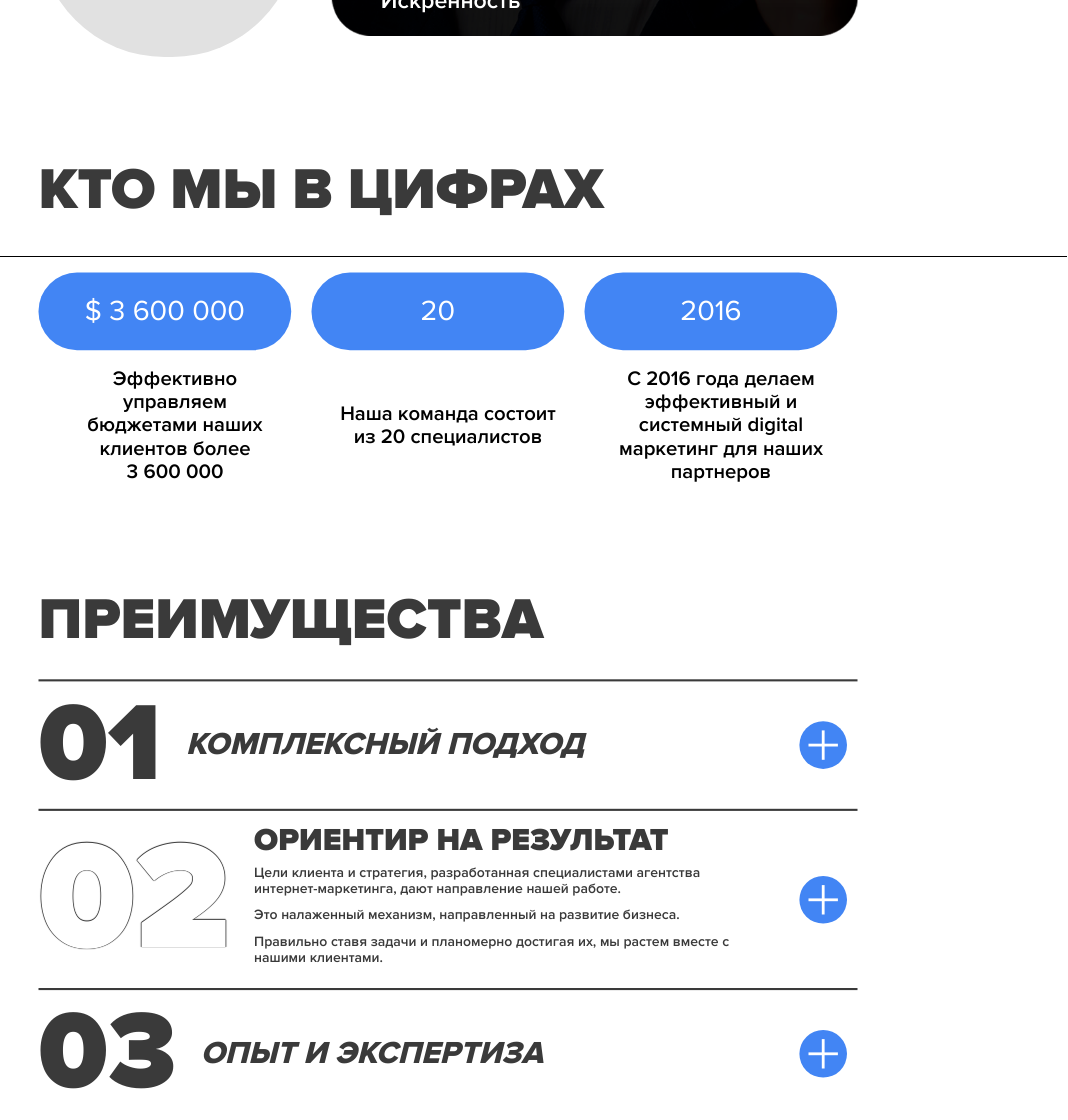
Repository: fanbear/Mnews
Page: index.html
An editor plug-in stored every save of this project. The page is shown before and after the next save, followed by the edit.
The browser window is 1280 px wide. The page is 1525 px wide, so the pictures cover 1525 px, including what lies to the right of the window. The pictures show the part of the page from y = 2539 to 4139 px (the page is 4139 px tall), at 70% of full size.
Some web libraries are served in a nearby version.

Above is the page before, as saved 2022-07-26 21:24:34.

### index.html
<!DOCTYPE html>
<html lang="ua">

<head>
    <meta charset="UTF-8">
    <meta http-equiv="X-UA-Compatible" content="IE=edge">
    <meta name="viewport" content="width=device-width, initial-scale=1.0">
    <title>Document</title>
    <link rel="stylesheet" href="./css/normalize.css">
    <link rel="stylesheet" href="./css/bootstrap-grid.min.css">
    <link rel="stylesheet" href="css/critical.css">

    <link rel="stylesheet" href="https://cdnjs.cloudflare.com/ajax/libs/font-awesome/6.1.2/css/all.min.css">
    <link rel="stylesheet" href="css/main.css">

</head>

<body>
    <header class="header">
        <div class="container">
            <div class="row">
                <div class="col-xl-2">
                    <a href="/" class="header-logo">
                        <img src="./image/logotype.png" alt="Mnews" width="145" height="60">
                    </a>
                </div>
                <div class="col-xl-4"></div>
                <div class="col-xl-4"><a class="header-mail" href="mailTo:m@mnews.agency ">m@mnews.agency</a></div>
                <div class="col-xl-1 header-active">
                    <div class="header-search">
                        <img src="./image/search.png" alt="search-mnews" width="30" height="30">
                    </div>
                    <div class="header-callback">
                        <a href="tel:09966668741"><img src="./image/callback.png" width="27" height="27"
                                alt="mnews-callback"></a>
                    </div>
                </div>
                <div class="col-xl-1 header-menu">
                    <div class="header-language">
                        <a class="header-language__active" href="/">Ua</a>
                        <a href="/en">En</a>
                    </div>
                    <div class="header-menu">
                        <div class="header-menu__button">
                            <span class="circle"></span>
                            <span class="circle"></span>
                            <span class="circle"></span>
                        </div>
                        <div class="header-menu__list">
                            <ul>
                                <li><a href="/">О нас</a></li>
                                <li><a href="/">Отзывы</a></li>
                                <li><a href="/">Услуги</a></li>
                                <li><a href="/">Портфолио</a></li>
                                <li><a href="/">Клиенты</a></li>
                                <li><a href="/">Статьи</a></li>
                                <li><a href="/">Курс по Merchant Center</a></li>
                                <li><a href="/">Курсы по digital маркетингу</a></li>
                            </ul>
                        </div>
                    </div>
                </div>
            </div>
        </div>
    </header>
    <main class="main">

        <div class="container-fluid main-agency">

            <div class="main-agency__bg">
                <div class="main-agency__text">
                    <div class="container">
                        <div class="row" style="position: relative;">
                            <div class="main-agency__name">MNEWS.AGENCY</div>
                            <h1>АГЕНТСТВО <br> ИНТЕРНЕТ МАРКЕТИНГА</h1>
                            <div class="main-agency__brif">
                                <span>Обсудим Ваш проект прямо сейчас?</span>
                                <a href="/"><span>Перейти к брифу</span></a>
                            </div>
                            <div class="main-agency__network">
                                <a href="/"><i class="fa-brands fa-facebook-f"></i></a>
                                <a href="/"><i class="fa-brands fa-instagram"></i></a>
                                <a href="/"><i class="fa-brands fa-youtube"></i></a>
                                <a href="/"><i class="fa-brands fa-telegram"></i></a>
                                <a href="/"><i class="fa-brands fa-behance"></i></a>
                                <a href="/"><i class="fa-brands fa-ups"></i></a>
                            </div>
                        </div>
                    </div>
                </div>
                <img src="./image/main-page-header-bg.png" alt="mnews-agency" width="100%" height="auto">
            </div>
        </div>

        <div class="container who">
            <div class="row">
                <div class="who-text">
                    Агентство интернет маркетинга в Киеве и Харькове.
                    Как найти агентство интернет-маркетинга, чья работа будет эффективной для вашего бизнеса?
                    Почему Mnews пользуется популярностью?
                </div>
                <div class="who-title">
                    <h2>КТО МЫ?</h2>
                </div>
                <div class="who-elements">
                    <aside class="who-elements__bar">
                        <div class="who-elements__bar-items">
                            <img src="./image/who-bar-1.png" alt="Мы маркетинг-партнеры Facebook" width="228"
                                height="228">
                            <p>Мы <br> маркетинг-партнеры <br> Facebook</p>
                        </div>
                        <div class="who-elements__bar-items">
                            <img src="./image/who-bar-2.png" alt="Входим в топ-агентств digital-маркетинга Украины"
                                width="228" height="228">
                            <p>Входим в топ-агентств <br> digital-маркетинга <br> Украины</p>
                        </div>
                        <div class="who-elements__bar-items">
                            <img src="./image/who-bar-3.png" alt="Мы ведущий партнёр Google" width="228" height="228">
                            <p>Мы ведущий партнёр <br> Google</p>
                        </div>
                    </aside>
                    <div class="who-elements__items">
                        <div class="who-elements__item">
                            <img src="./image/who-elements-item-1.png" alt="НАША МИССИЯ" width="751" height="579">
                            <p>НАША МИССИЯ</p>
                            <span>Способствовать развитию бизнеса</span>
                        </div>
                        <div class="who-elements__item item-white">
                            <img src="./image/who-elements-item-2.png" alt="НАШИ ЦЕННОСТИ" width="751" height="579">
                            <p>НАШИ ЦЕННОСТИ</p>
                            <span>Искренность</span>
                        </div>

                    </div>
                </div>
                <div class="who-digit">
                    <div class="who-digit__title">КТО МЫ В ЦИФРАХ</div>
                    <div class="who-digit__wrapper">
                        <div class="who-digit-item">
                            <lable><span>$ 3 600 000</span></lable>
                            <p>Эффективно управляем бюджетами наших клиентов более <br> 3 600 000</p>
                        </div>
                        <div class="who-digit-item">
                            <lable><span>20</span></lable>
                            <p>Наша команда состоит из 20 специалистов</p>
                        </div>
                        <div class="who-digit-item">
                            <lable><span>2016</span></lable>
                            <p>С 2016 года
                                делаем эффективный
                                и системный
                                digital маркетинг для наших партнеров</p>
                        </div>
                    </div>
                </div>
            </div>
        </div>
        <div class="container benefits">
            <div class="row">
                <div class="benefits-title">ПРЕИМУЩЕСТВА</div>
                <div class="benefits-tab__wrapper">
                    <div class="benefint-tab__item">
                        <div class="benefint-tab__item-head">
                            <div class="col-lg-12">
                                <p>01</p>
                            </div>
                        </div>
                        <div class="benefint-tab__item-body">
                            <div class="item-body__title">КОМПЛЕКСНЫЙ ПОДХОД</div>
                        </div>
                        <div class=" benefint-tab__item-button">
                            <span class="benefint-tab__item-horizontal"></span>
                            <span class="benefint-tab__item-vertical"></span>
                        </div>
                    </div>
                    <div class="benefint-tab__item benefint-tab__item-active">
                        <div class="benefint-tab__item-head">
                            <p>02</p>
                        </div>
                        <div class="benefint-tab__item-body">
                            <div class="item-body__title">ОРИЕНТИР НА РЕЗУЛЬТАТ</div>
                            <div class="item-body__text">
                                <p>Цели клиента и стратегия, разработанная специалистами агентства интернет-маркетинга,
                                    дают направление нашей работе.</p>
                                <p>Это налаженный механизм, направленный на развитие бизнеса.</p>
                                <p>Правильно ставя задачи и планомерно достигая их, мы растем вместе с нашими
                                    клиентами.</p>
                            </div>
                        </div>
                        <div class="benefint-tab__item-button">
                            <span class="benefint-tab__item-horizontal"></span>
                            <span class="benefint-tab__item-vertical"></span>
                        </div>
                    </div>
                    <div class="benefint-tab__item">
                        <div class="benefint-tab__item-head">
                            <div class="col-lg-12">
                                <p>03</p>
                            </div>
                        </div>
                        <div class="benefint-tab__item-body">
                            <div class="item-body__title">ОПЫТ И ЭКСПЕРТИЗА</div>
                        </div>
                        <div class="benefint-tab__item-button">
                            <span class="benefint-tab__item-horizontal"></span>
                            <span class="benefint-tab__item-vertical"></span>
                        </div>
                    </div>
                </div>
            </div>
        </div>


    </main>
    <footer class="footer">

        <script src="/js/bootstrap.min.js"></script>
        <script src="js/menu.js"></script>
        <script src="js/main.js"></script>
        <script src="https://kit.fontawesome.com/97e5db9e95.js" crossorigin="anonymous"></script>

    </footer>
</body>

</html>

### css/critical.css
@import 'settings.css';


.container {
    max-width: 1170px;
}

.container-fluid {
    padding: 0;
}

a {
    text-decoration: none;
    padding: 0;
    margin: 0;
}

p {
    padding: 0;
    margin: 0;
}

ul {
    padding: 0;
    margin: 0;
}

body {
    font-family: "ProximaNova";
}

/* Header style **********************
***************************************/
header {
    height: 90px;
    display: flex;
    justify-content: center;
    align-items: center;
}

.header-mail {
    display: flex;
    align-items: center;
    justify-content: center;
    height: 100%;
    color: var(--main-text-color);
    font-size: var(--standart-text-size);
    font-weight: bold;

}

.header-active {
    display: flex;
    align-items: center;
    justify-content: space-between;
}

.header-menu {
    display: flex;
    justify-content: space-between;
}

.header-language {
    display: flex;
    height: 100%;
    flex-direction: column;
    justify-content: center;
    margin-left: -10px;
}

.header-language a {
    font-size: 16px;
    color: var(--main-text-color);
    display: flex;
    justify-content: flex-end;
    font-weight: 200;
}

.header-language .header-language__active {
    font-size: 20px;
    color: #4285f4;
    display: flex;
    justify-content: flex-end;
    font-weight: bold;
}

.header-menu {
    position: relative;
}

.header-menu__button {
    display: flex;
    align-items: center;
    flex-direction: row;
    cursor: pointer;
    animation: menu-close 0.8s
}

.header-menu__button span {
    width: 10px;
    height: 10px;
    background: black;
    border-radius: 6px;
    margin: 0 1px;
}

.header-menu__button-active {
    justify-content: center;
    animation: menu-open 0.8s;
    flex-direction: column;
}

.header-menu__button-active span {
    background: #4285f4;
    transition: 0.4s;
    margin: 1px 0;
}




.header-menu__list {
    opacity: 0;
    position: absolute;
    top: -400px;
    right: -300px;
    background: var(--color-darkgrey);
    padding: 12px 15px 19px 29px;
    z-index: 9999;
    width: 190px;
    border-radius: 30px 0 30px 30px;
    animation: list-close 0.6s
}

.header-menu__list ul {
    text-align: right;
    margin: 0;
    padding: 0;
}

.header-menu__list ul li {
    list-style: none;
    padding: 5px 0;
}

.header-menu__list ul li a {
    text-decoration: none;
    white-space: nowrap;
    color: white;
    font-size: 16px;
    line-height: 12.5px;
}

.header-menu__list-active {
    opacity: 1;
    top: 90px;
    right: 0;
    animation: list-open 0.8s
}

@keyframes menu-open {
    0% {

        transform: scale(0);
    }

    100% {

        transform: scale(1);

    }
}

@keyframes menu-close {
    0% {

        transform: scale(0);
    }

    100% {

        transform: scale(1);
    }
}

@keyframes list-open {
    0% {
        top: -400px;
        right: -300px;
        transform: scale(0);
    }

    50% {
        top: -200px;
        right: -150px;
        transform: scale(0.5);
    }

    100% {
        top: 90px;
        right: 0;
        transform: scale(1);
    }
}

@keyframes list-close {
    0% {
        top: 90px;
        right: 0px;
        transform: scale(1);
        opacity: 1;
    }

    50% {
        top: -200px;
        right: -150px;
        transform: scale(0.5);
        opacity: 0.5;
    }

    100% {
        top: -400px;
        right: -300px;
        transform: scale(0);
        opacity: 0;
    }
}

/* Home page ******************************
********************************* */

.main-agency__bg {
    width: 100%;
    display: flex;
    height: auto;
    position: relative;
    margin-top: 5px;
    padding: 0;
}

.main-agency__text {
    position: absolute;
    display: flex;
    width: 100%;
}

.main-agency__name {
    margin-top: 190px;
    font-size: var(--medium-text-size);
    color: var(--main-text-color);
    font-weight: bold;
}

.main-agency__text h1 {
    color: white;
    margin-top: 60px;
    font-size: var(--big-text-size);
    font-weight: bold;
}

.main-agency__brif {
    margin-top: 257px;
    padding: 20px 23px 20px 68px;
    background: var(--color-darkgrey);
    border-radius: 55px;
    display: flex;
    align-items: center;
    justify-content: space-between;
}

.main-agency__brif span {
    color: white;
    font-size: var(--minimal-text-size);
    text-transform: uppercase;
}

.main-agency__brif a {
    padding: 20px 58px;
    border-radius: 34px;
    background: var(--color-blue);
    font-size: var(--medium-text-size);
    display: flex;
    color: white;
    font-weight: bold;
    text-transform: uppercase;
}

.main-agency__network {
    display: flex;
    flex-direction: column;
    align-items: flex-end;
    justify-content: center;
    position: absolute;
    right: 0;
    top: calc(50% - 26px * 6)
}

.main-agency__network a {
    display: flex;
    justify-content: center;
    width: 36px;
    margin: 6px 0;
}

.main-agency__network a i {
    font-size: 30px;
    color: var(--main-text-color);
    transition: 0.4s;
}

.main-agency__network a:nth-child(3) i {
    color: white;
}

.main-agency__network a i:hover {
    font-size: 40px;
    transition: 0.4s;
}


@font-face {
    font-family: "ProximaNova";
    src: url("../fonts/ProximaNova-Regular.ttf") format("truetype");
    font-style: normal;
    font-weight: 400;
}


@font-face {
    font-family: "ProximaNova";
    src: url("../fonts/ProximaNova-Bold.ttf") format("truetype");
    font-style: normal;
    font-weight: 600;
}

@font-face {
    font-family: "ProximaNova";
    src: url("../fonts/ProximaNova-Semibold.ttf") format("truetype");
    font-style: normal;
    font-weight: 500;
}

@font-face {
    font-family: "ProximaNova";
    src: url("../fonts/ProximaNova-Light.ttf") format("truetype");
    font-style: normal;
    font-weight: 200;
}

@font-face {
    font-family: "ProximaNova";
    src: url("../fonts/ProximaNova-Black.ttf") format("truetype");
    font-style: normal;
    font-weight: 800;
}

@font-face {
    font-family: "ProximaNova";
    src: url("../fonts/ProximaNova-Extrabld.ttf") format("truetype");
    font-style: normal;
    font-weight: 700;
}

### css/main.css
/* .main {
    display: flex;
    flex-direction: column;
} */
/* html {
    overflow-x: hidden;
} */


img {
    max-width: 100%;
    display: block;
}

/* Who main page *********************************
************************************************** */
.who {
    display: flex;
    flex-direction: column;
    width: 100%;
}

.who-text {
    margin: 12px 0 108px 0;
    width: 80%;
    font-size: 41px;
    color: var(--main-text-color);
    font-weight: 500;
}

.who-title h2 {
    font-size: var(--big-text-size);
    color: var(--main-text-color);
    font-size: 800;
}

.who-elements {
    display: flex;
    justify-content: space-between;
}

.who-elements__bar {
    max-width: 361px;
    display: flex;
    flex-direction: column;
    justify-content: space-between;
    align-items: center;
    background-color: #e1e1e1;
    padding: 78px 25px;
    border-radius: 180px;

}

.who-elements__bar-items {
    display: flex;
    flex-direction: column;
    justify-content: center;
    align-items: center;
    margin: 9px;
}

.who-elements__bar-items p {
    text-align: center;
    margin-top: 15px;
    font-size: var(--minimal-text-size);
    font-weight: 500;
    color: var(--main-text-color);
}

.who-elements__item {
    position: relative;
    padding: 30px 0;
}

.who-elements__item p {
    font-size: var(--medium-text-size);
    color: var(--main-text-color);
    font-weight: 600;
    position: absolute;
    bottom: 100px;
    left: 70px;
}

.who-elements__item span {
    font-size: var(--standart-text-size);
    color: var(--main-text-color);
    position: absolute;
    font-weight: 500;
    bottom: 60px;
    left: 70px;
}

.who-elements__items .item-white p,
.who-elements__items .item-white span {
    color: white;
}

.who-digit {
    margin-top: 142px;
}

.who-digit__title {
    font-size: var(--big-text-size);
    color: var(--main-text-color);
    font-weight: 800;
}

.who-digit__wrapper {
    display: flex;
    justify-content: space-between;
    margin-top: 71px;
}

.who-digit-item {
    width: calc(100% / 3);
    height: 300px;
}

.who-digit-item lable {
    display: flex;
    justify-content: center;
    align-items: center;
    font-size: 41px;
    color: white;
    background-color: #4285f4;
    max-width: 361px;
    min-height: 111px;
    border-radius: 55px;
}

.who-digit__wrapper .who-digit-item p {
    font-size: var(--minimal-text-size);
    font-weight: 500;
    width: 80%;
    margin: 32px auto 0 auto;
    display: flex;
    align-items: center;
    height: 100%;
    text-align: center;
    height: 150px;
}

.digit-animation-0 {
    animation: typing 3.5s steps(60, end), blink-caret .7s step-end infinite;
    overflow: hidden;
    white-space: nowrap;
    text-align: center;
}

.digit-animation-1 {
    animation: typing 5s steps(30, end), blink-caret .7s step-end infinite;
    overflow: hidden;
    white-space: nowrap;
    text-align: center;
}

.digit-animation-2 {
    animation: typing 5s steps(30, end), blink-caret .7s step-end infinite;
    overflow: hidden;
    white-space: nowrap;
    text-align: center
}

@keyframes digit-animation {
    0% {
        transform: scale(1);
    }

    50% {
        transform: scale(0.95);
    }

    100% {
        transform: scale(1);
    }
}

@keyframes typing {
    from {
        width: 0
    }

    to {
        width: 100%
    }
}

@keyframes blink-caret {
    from, to {
        border-color: transparent
    }

    50% {
        border-color: orange
    }
}

/* Benefits main page ******************
******************************************/
.benefits {
    margin-top: 149px;
}

.benefits-title {
    font-size: var(--big-text-size);
    color: var(--main-text-color);
    font-weight: 800;
}

.benefits-tab__wrapper {
    margin-top: 37px;
}

.benefint-tab__item {
    border-top: 3px solid var(--main-text-color);
    display: flex;
    align-items: center;
    position: relative;
}

.benefint-tab__item-head p {
    font-size: 158px;
    font-weight: 800;
    color: var(--main-text-color);

}

.benefint-tab__item-body .item-body__title {
    font-size: 45px;
    color: var(--main-text-color);
    margin-left: 35px;
    font-weight: 700;
    font-style: italic;
}

.benefint-tab__item-button {
    width: 68px;
    height: 68px;
    border-radius: 50%;
    background-color: var(--color-blue);
    position: absolute;
    right: 15px;
    top: calc(50% - 34px);
    display: flex;
    justify-content: center;
    align-items: center;
    cursor: pointer;
}

.benefint-tab__item-horizontal {
    width: 4px;
    height: 42px;
    background-color: white;
}

.benefint-tab__item-vertical {
    width: 42px;
    height: 4px;
    background-color: white;
    position: absolute;
}

.benefint-tab__item-active .benefint-tab__item-head p {
    text-shadow: 1px 0 1px var(--main-text-color),
        0 1px 1px var(--main-text-color),
        -1px 0 1px var(--main-text-color),
        0 -1px 1px var(--main-text-color);
    color: white;
    font-size: 220px;
}

.benefint-tab__item-active .item-body__title {
    font-style: normal;
    font-weight: 800;
    margin-bottom: 8px;
}

.benefint-tab__item-active .item-body__text {
    font-size: 20px;
    font-weight: 500;
    max-width: 80%;
    margin-left: 35px;
    color: var(--main-text-color);
}

.benefint-tab__item-active .item-body__text p {
    margin-bottom: 15px;
}

### css/settings.css
:root {
    /* color */
    --main-text-color: #3a3a3a;
    --color-darkgrey: #3a3a3a;
    --color-blue: #4285f4;
    /* font-size */
    --minimal-text-size: 29px;
    --standart-text-size: 33px;
    --medium-text-size: 63px;
    --big-text-size: 83px;
}

/* :text {

} */

### js/menu.js
document.addEventListener('DOMContentLoaded', () => {
    const menuBtn = document.querySelector('.header-menu__button');
    const list = document.querySelector('.header-menu__list');

    const menuToggle = () => {
        list.classList.toggle('header-menu__list-active');
        menuBtn.classList.toggle('header-menu__button-active');
        return 0;

    }


    menuBtn.addEventListener('click', () => {
        menuToggle();
    })
})

Loaded but not shown: css/normalize.css (library); css/bootstrap-grid.min.css (library); js/bootstrap.min.js (library); js/main.js (27 lines, source omitted)

After the next save:
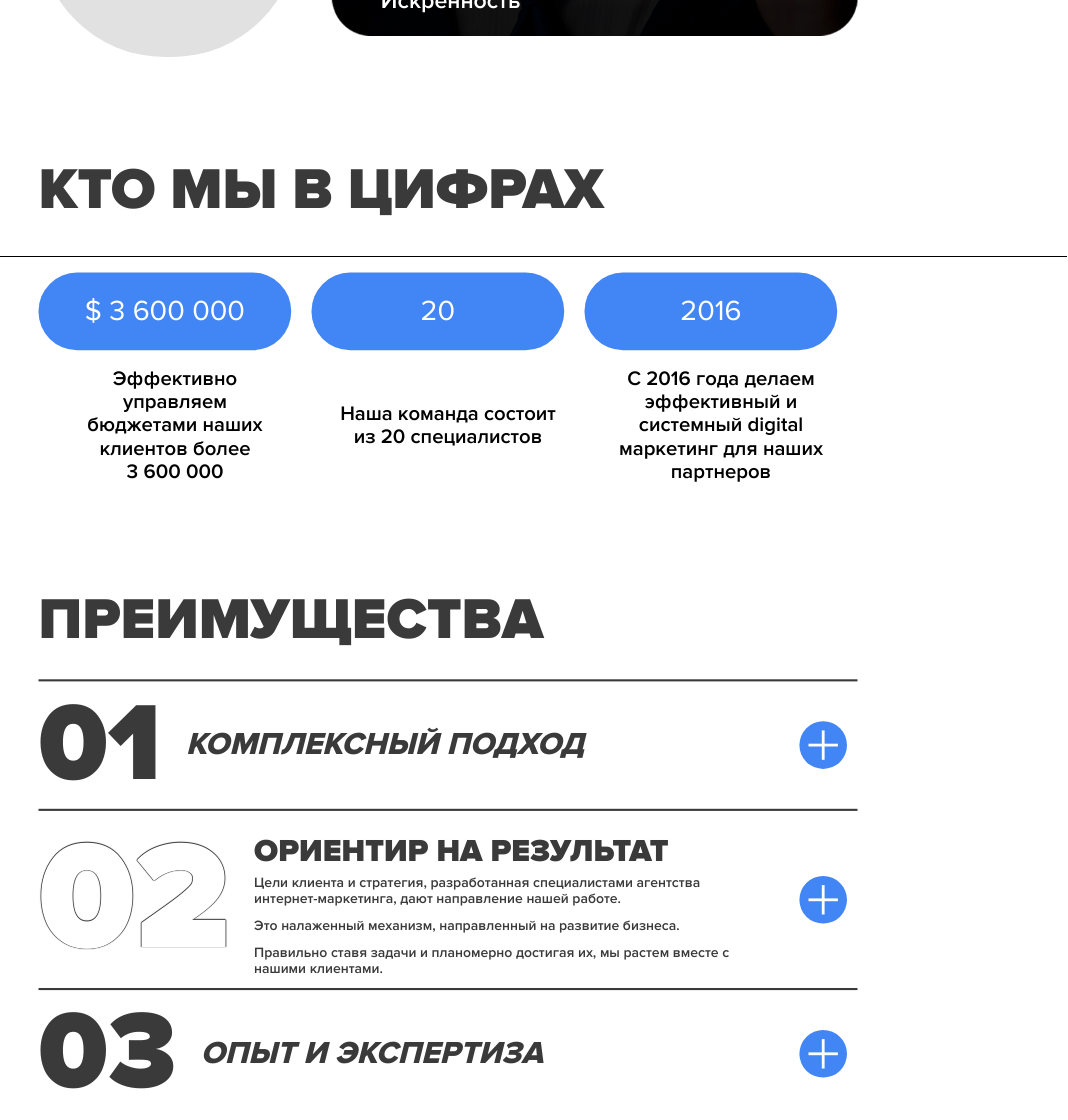
Saved 21 s later.
--- a/css/main.css
+++ b/css/main.css
@@ -273,6 +273,8 @@
     font-style: normal;
     font-weight: 800;
     margin-bottom: 8px;
+    margin-top: 30px;
+    ;
 }
 
 .benefint-tab__item-active .item-body__text {
